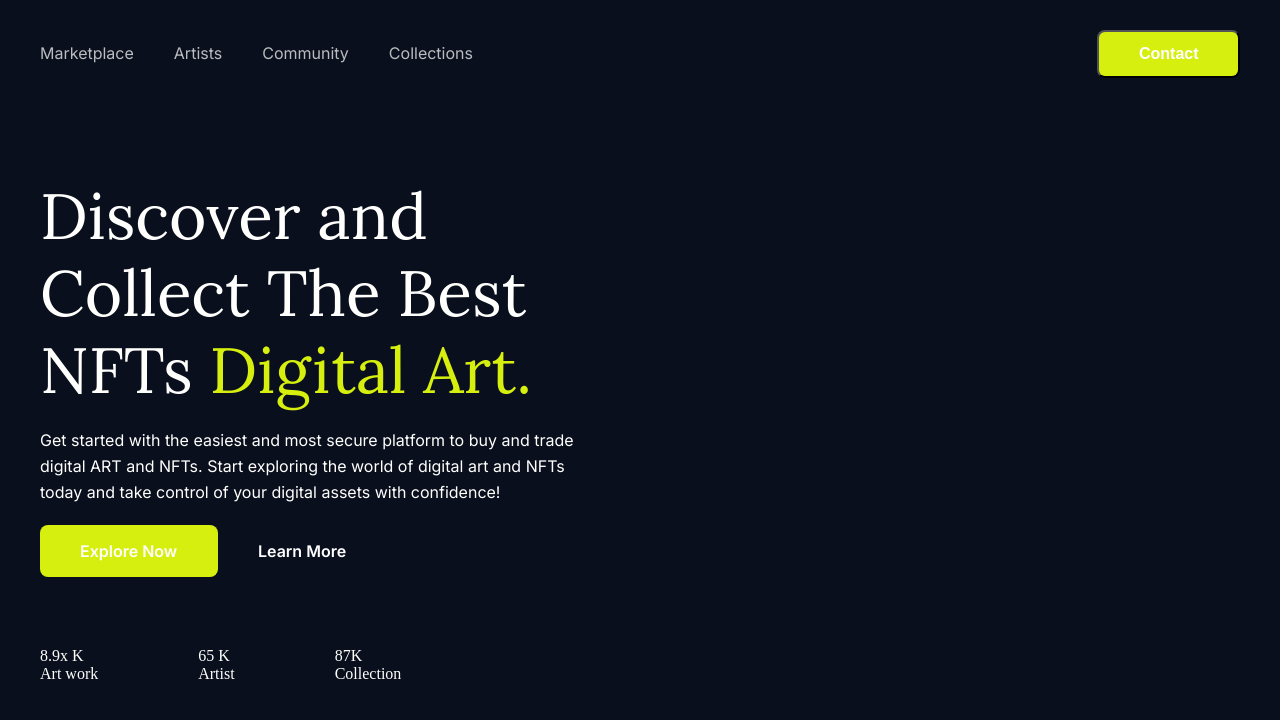
Repository: Kamron5505/NftMarketplace
Page: index.html
These files come from the project's save history. The page is drawn as it stood at one moment and after the next save; the edit follows.
The browser window is 1280 px wide. The pictures show the whole page.
Some web fonts or font styles are not loaded; a fallback is used.

Above is the page before, as saved 2025-07-08 13:32:59.

After the next save:
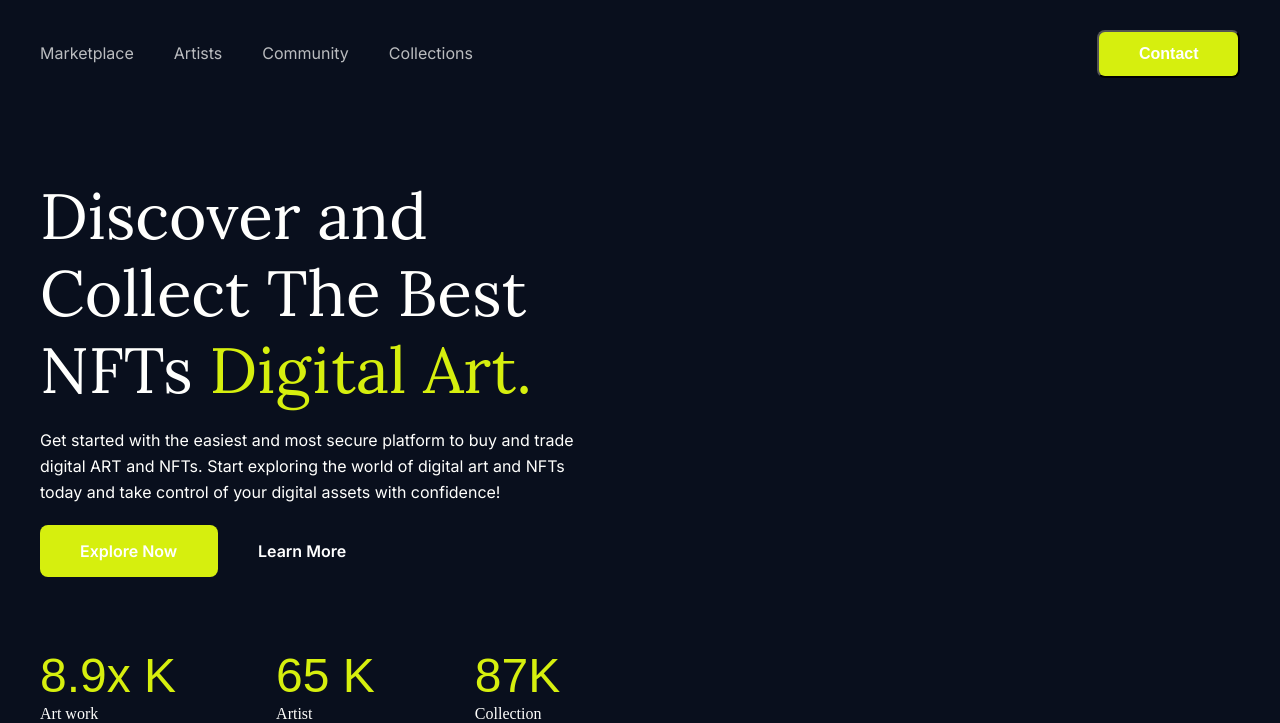
Saved 4 s later.
--- a/style.css
+++ b/style.css
@@ -162,7 +162,11 @@ h6 {
 }
 
 .number {
-
+    font-family: var(--third-family);
+    font-weight: 500;
+    font-size: 48px;
+    line-height: 120%;
+    color: #d6ef0e;
 }
 
 .label {}
